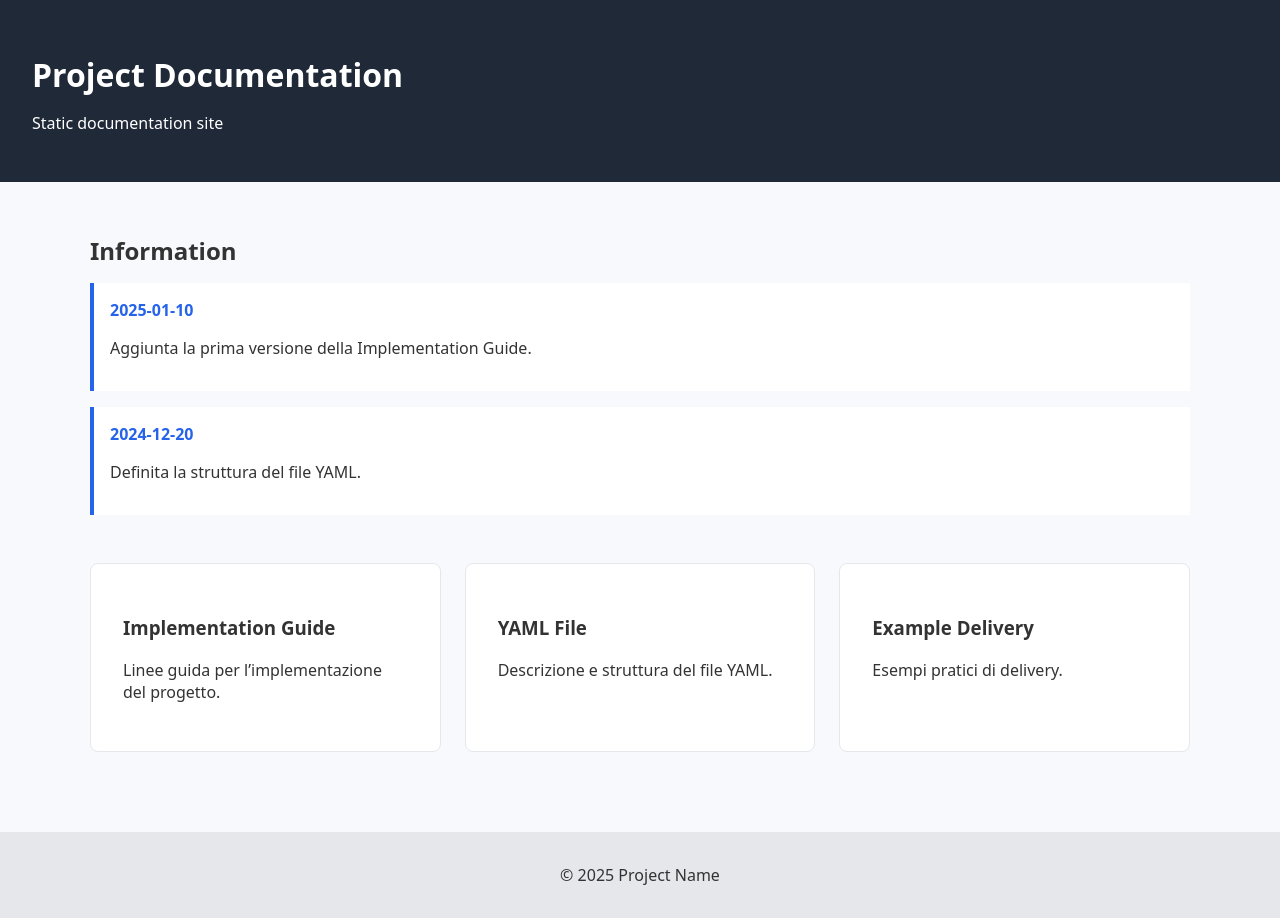
Repository: bfspoku/ech-0252-docs
Page: index.html
An editor plug-in stored every save of this project. The page is shown before and after the next save, followed by the edit.
The browser window is 1280 px wide. The pictures show the whole page.

Above is the page before, as saved 2025-12-16 15:21:37.

After the next save:
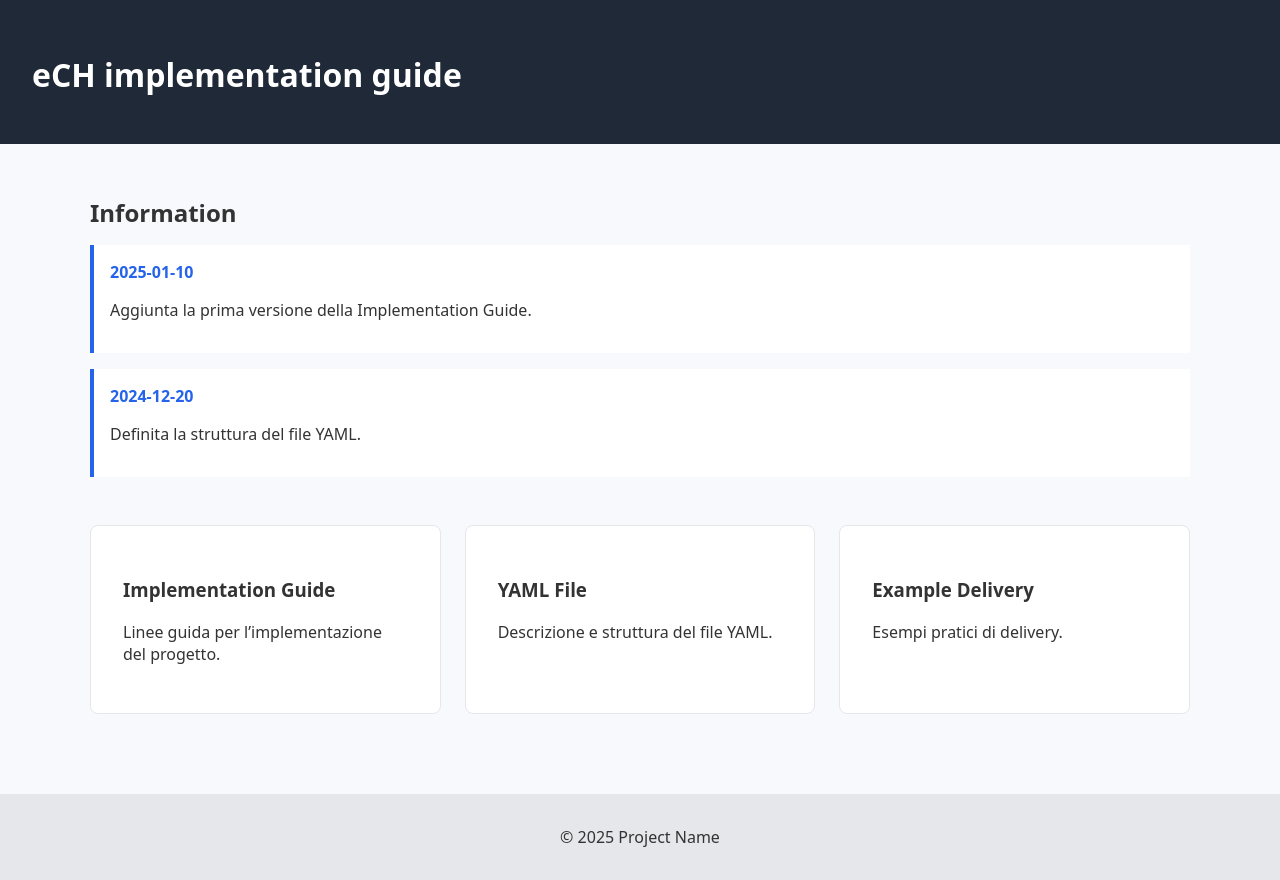
Saved 25 s later.
--- a/index.html
+++ b/index.html
@@ -13,8 +13,7 @@
 <body>
 
 <header>
-  <h1>Project Documentation</h1>
-  <p>Static documentation site</p>
+  <h1>eCH implementation guide</h1>
 </header>
 
 <main>
